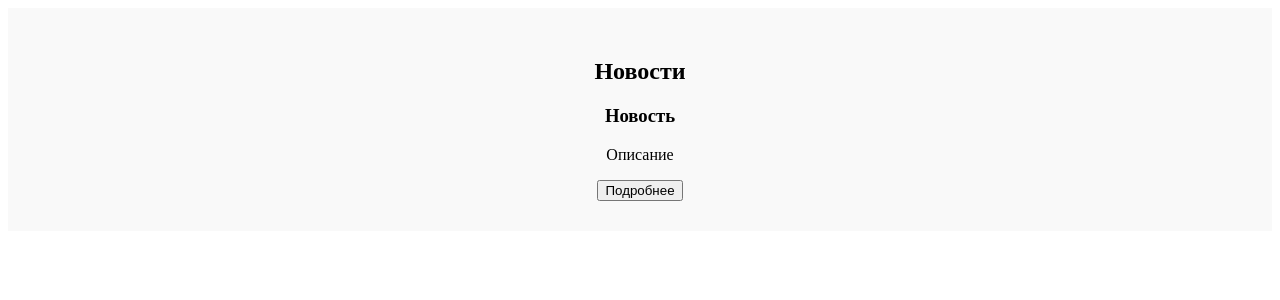
Repository: MaratLK/PLKFrontend
Page: Templates/NewsForIndex.html
An editor plug-in stored every save of this project. The page is shown before and after the next save, followed by the edit.
The browser window is 1280 px wide. The pictures show the whole page.

Above is the page before, as saved 2024-08-25 06:32:16.

After the next save:
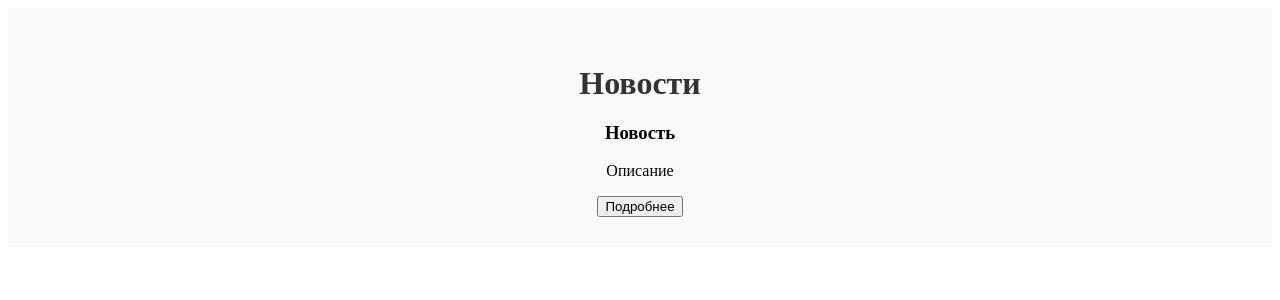
Saved 42 s later.
--- a/Templates/NewsForIndex.html
+++ b/Templates/NewsForIndex.html
@@ -8,31 +8,13 @@
       .news {
         padding: 30px;
     background-color: #f9f9f9;
-    text-align: center;
-      }
-      .newsblk {
-        height: auto;
-        width: 300px;
-        margin: 10px;
-        border-radius: 15px;
-        border: 2px solid black;
-      }
-      .newsblk h2 {
-        margin: 5px;
-      }
-      .newsblk p {
-        margin: 5px;
-      }
-      .newsblk button {
-        background-color: #25427e;
-        color: white;
-        padding: 10px 20px;
-        border: none;
-        border-radius: 5px;
-        cursor: pointer;
-        transition: background-color 0.3s;
-        margin: 0 0 7px 7px;
-      }
+    text-align: center;}
+
+    .news h2 {
+    font-size: 2em;
+    color: #333;
+    margin-bottom: 20px;
+}
     </style>
   </head>
   <body>
